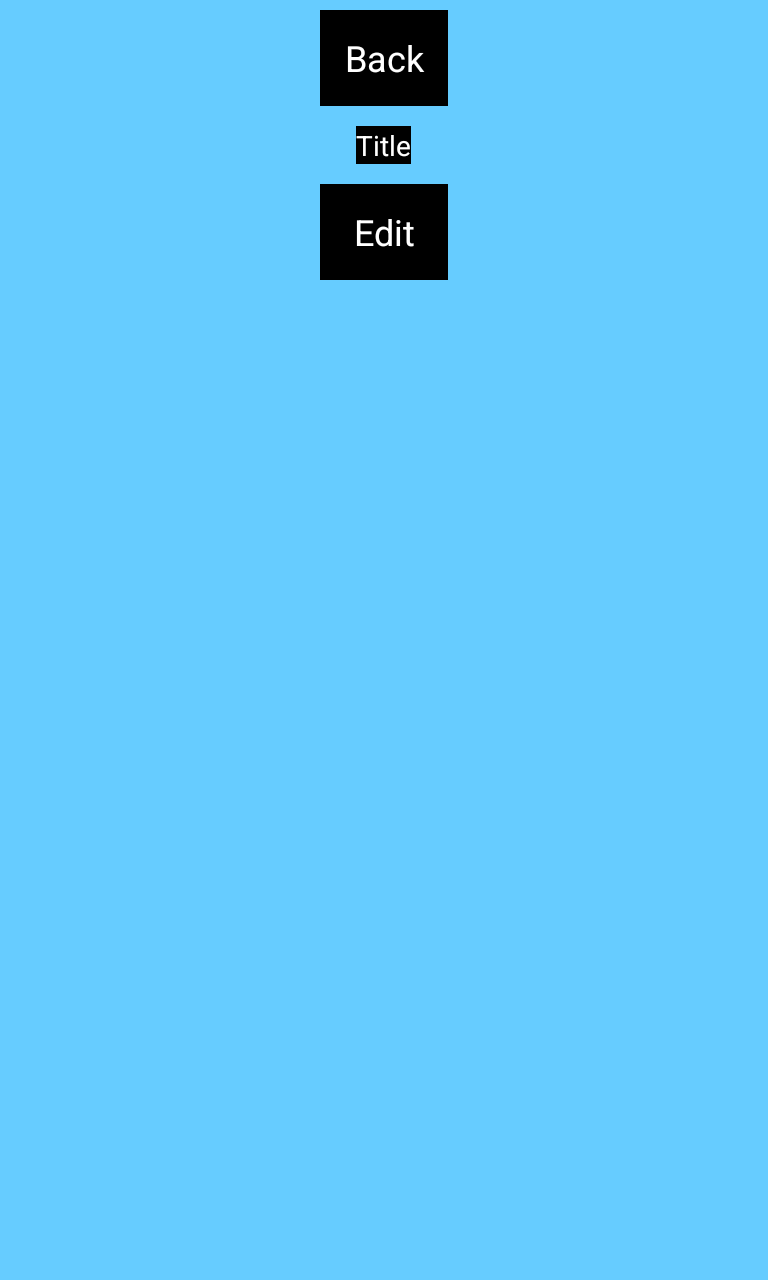
Repository: Ollyder/eclipse_work
Layout: TableLayout/res/layout/title.xml
The author's editor kept a copy of each file at every save. The layout is drawn from the files as they stood at one save, then again after the next save.
It is drawn on a 768 x 1280 px phone screen (xhdpi) without system bars, with theme AppTheme; the app's code is not run.

Above is the layout before, as saved 2017-05-28 05:33:56.

### TableLayout/res/layout/title.xml
<?xml version="1.0" encoding="utf-8"?>
<LinearLayout xmlns:android="http://schemas.android.com/apk/res/android"
    android:layout_width="match_parent"
    android:layout_height="wrap_content"
    android:background="#66ccff"
     android:orientation="vertical"
     >

     <Button
        android:id="@+id/title_button1"
        android:layout_width="wrap_content"
        android:layout_height="wrap_content"
        android:layout_gravity="center"
        android:layout_margin="5dip"
        android:background="#000000"
        android:textColor="#ffffff"
        android:text="Back" />

    <TextView
        android:id="@+id/title_text_view1"
        android:layout_width="wrap_content"
        android:layout_height="wrap_content"
        android:layout_gravity="center"
        android:layout_margin="5dip"
        android:background="#000000"
        android:textColor="#ffffff"
        android:text="Title" />

     <Button
        android:id="@+id/title_button2"
        android:layout_width="wrap_content"
        android:layout_height="wrap_content"

        android:background="#000000"
        android:text="Edit"
        android:layout_gravity="center"
        android:layout_margin="5dip"
        android:textColor="#ffffff" />

</LinearLayout>

Loaded but not shown: TableLayout/res/values/styles.xml (common file); TableLayout/res/values-v11/styles.xml (common file); TableLayout/res/values-v14/styles.xml (common file)

After the next save:
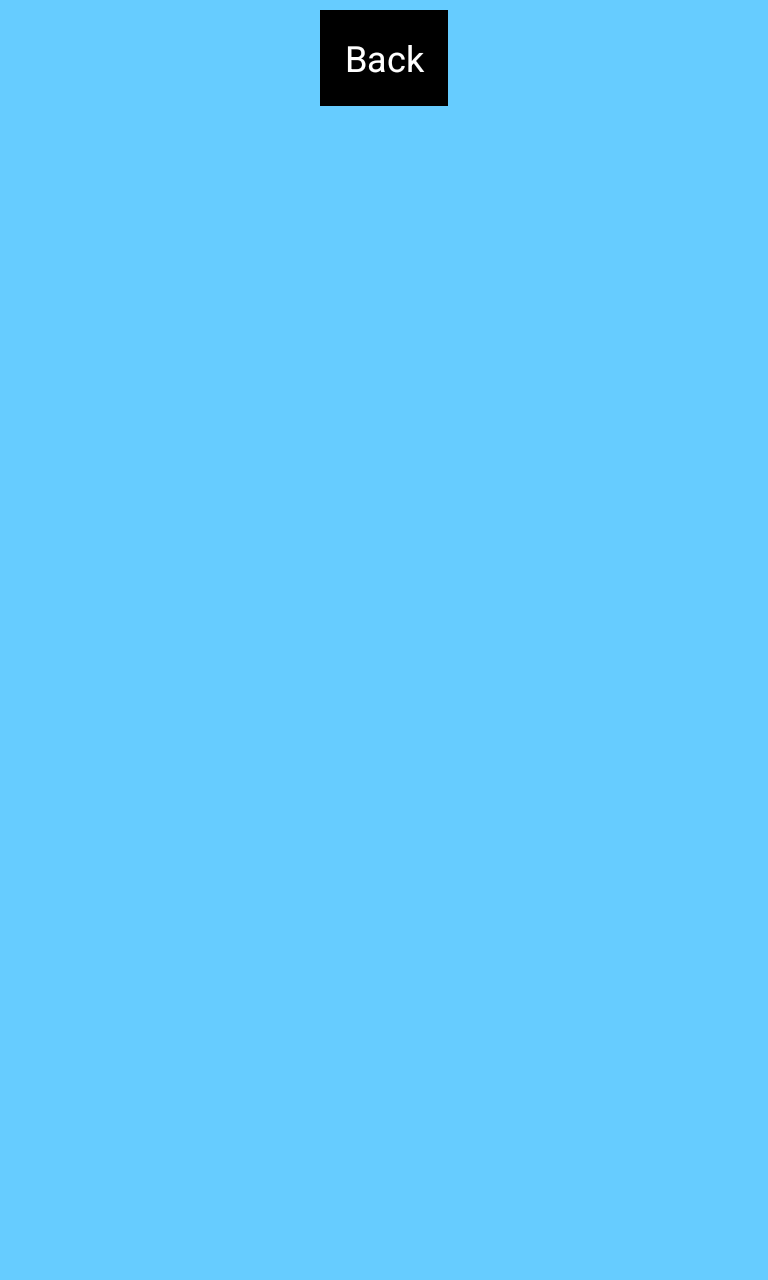
Saved 69 s later.
--- a/TableLayout/res/layout/title.xml
+++ b/TableLayout/res/layout/title.xml
@@ -6,7 +6,7 @@
      android:orientation="vertical"
      >
 
-     <Button
+    <Button
         android:id="@+id/title_button1"
         android:layout_width="wrap_content"
         android:layout_height="wrap_content"
@@ -16,7 +16,7 @@
         android:textColor="#ffffff"
         android:text="Back" />
 
-    <TextView
+    <!--  <TextView
         android:id="@+id/title_text_view1"
         android:layout_width="wrap_content"
         android:layout_height="wrap_content"
@@ -36,5 +36,5 @@
         android:layout_gravity="center"
         android:layout_margin="5dip"
         android:textColor="#ffffff" />
-
+ -->
 </LinearLayout>
